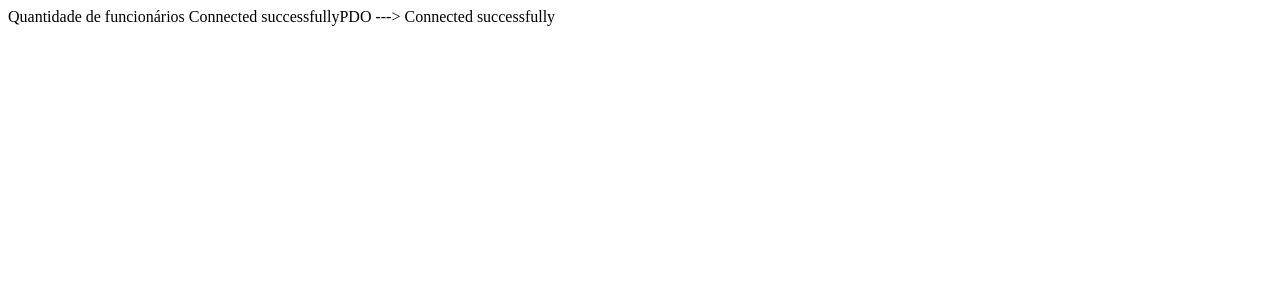
Repository: raphaelLacerda/estudos
Page: http://localhost/php/banco.php
These files come from the project's save history. The page is drawn as it stood at one moment and after the next save; the edit follows.
The browser window is 1280 px wide. The pictures show the whole page.
The page is run by PHP 8.4 with error messages shown; the project is at /var/www/html/.

Above is the page before, as saved 2017-08-18 16:21:31.

After the next save:
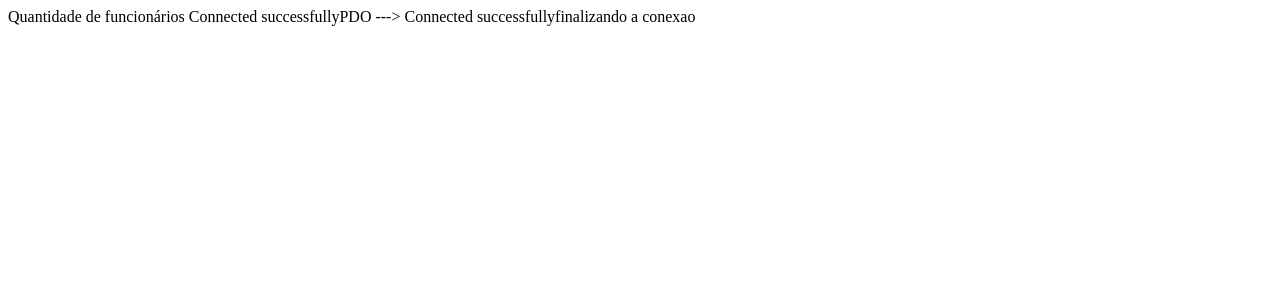
Saved 18 s later.
--- a/php/banco.php
+++ b/php/banco.php
@@ -34,6 +34,8 @@ try {
     echo "PDO ---> Connected successfully";
 } catch (\PDOException $e) {
     echo "Connection failed: " . $e->getMessage();
+} finally {
+    echo "finalizando a conexao";
 }
 
 
